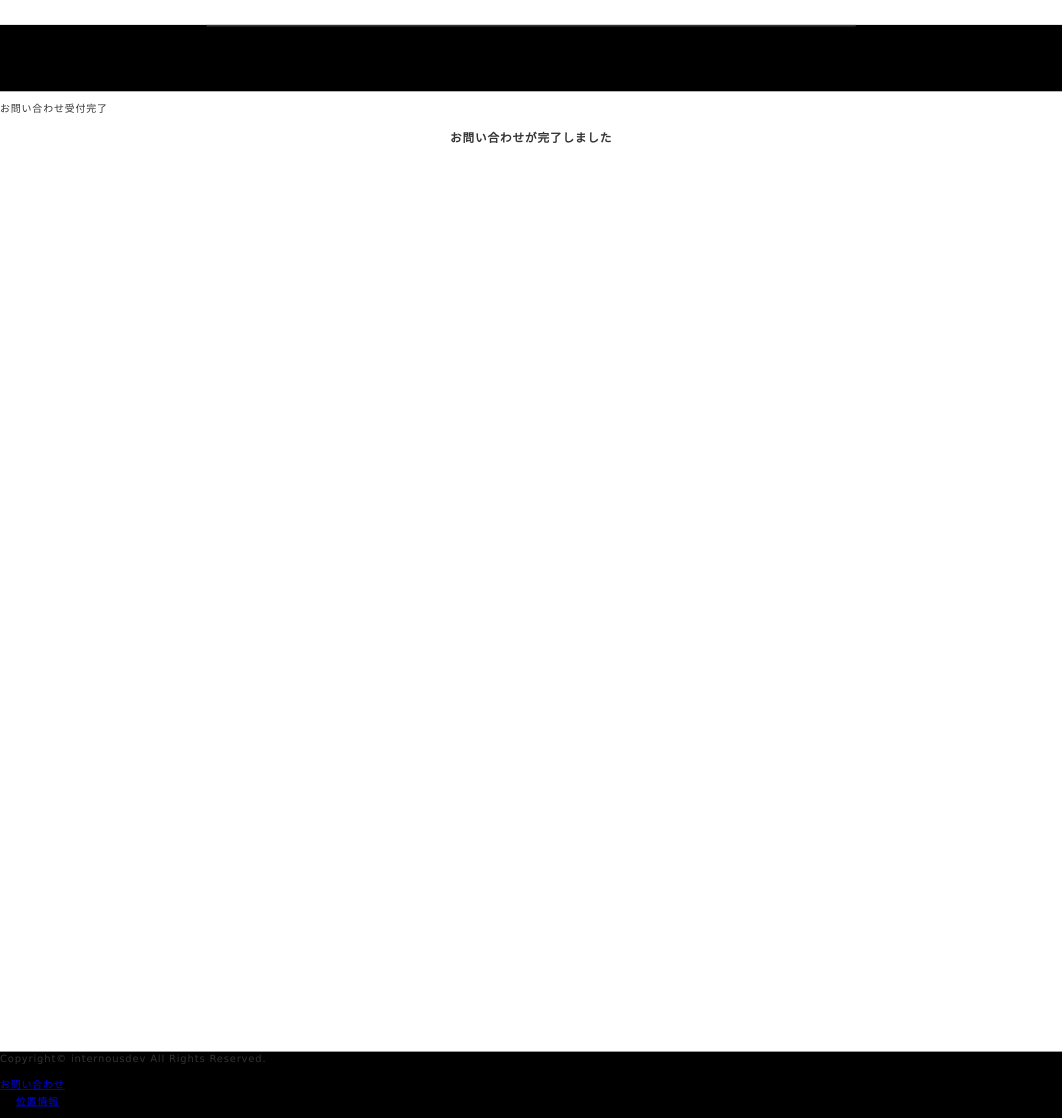
Repository: kanav0208/test
Page: http://localhost/ecsite/contactComplete.jsp
These files come from the project's save history. The page is drawn as it stood at one moment and after the next save; the edit follows.
The browser window is 1280 px wide. The pictures show the whole page, at 83% of full size.
The page is served by Tomcat 9.

Above is the page before, as saved 2018-02-26 08:00:56.

After the next save:
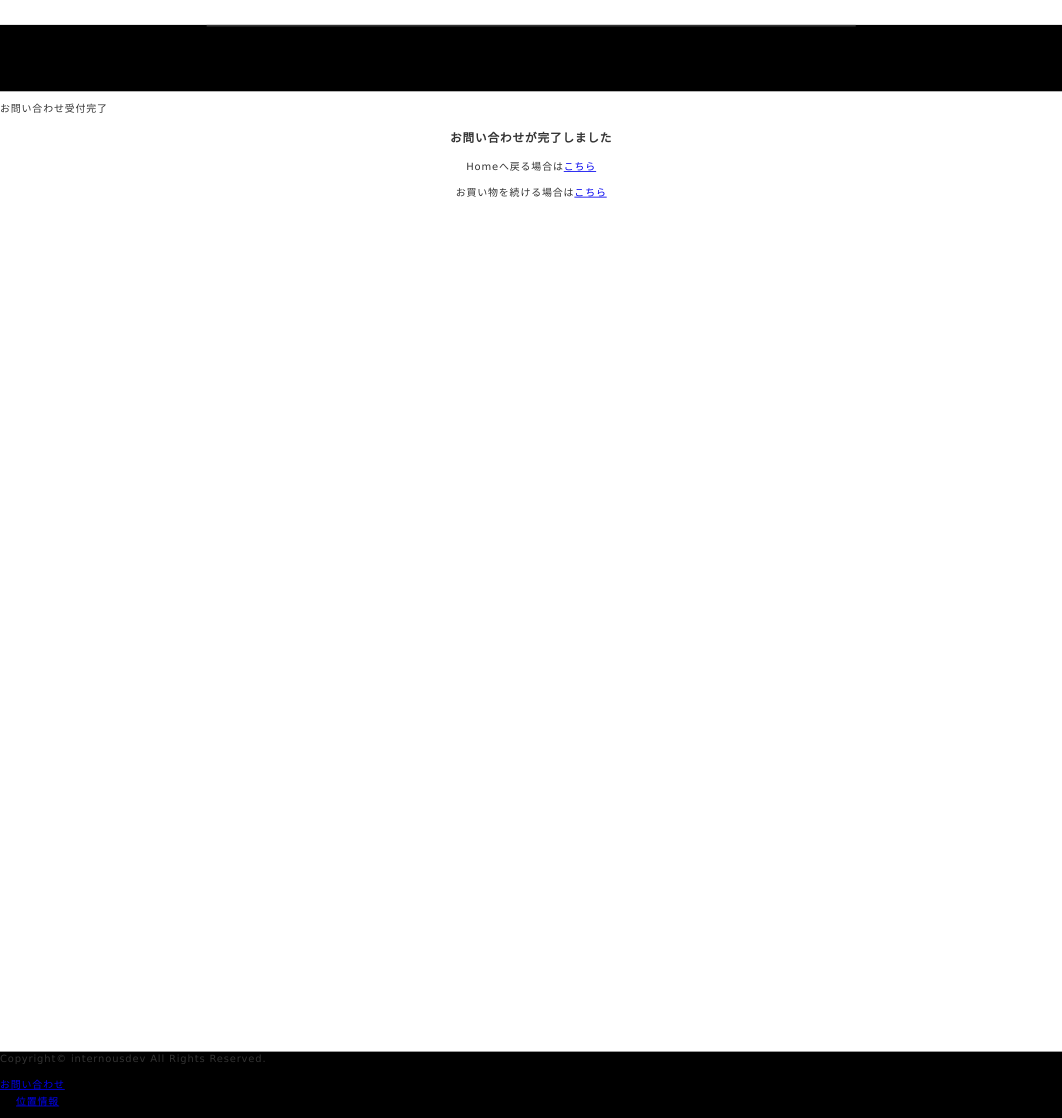
Saved 14 min 47 s later.
--- a/ecsite/WebContent/contactComplete.jsp
+++ b/ecsite/WebContent/contactComplete.jsp
@@ -68,6 +68,10 @@
 		<div class="menu1">
 			<h3>お問い合わせが完了しました</h3>
 		</div>
+		<div>
+		<p>Homeへ戻る場合は<a href='<s:url action="HomeAction"/>'>こちら</a></p>
+			<p>お買い物を続ける場合は<a href='<s:url action="HomeAction"/>'>こちら</a></p>
+		</div>
 	</div>
 	<!--メインここまで-->
 
